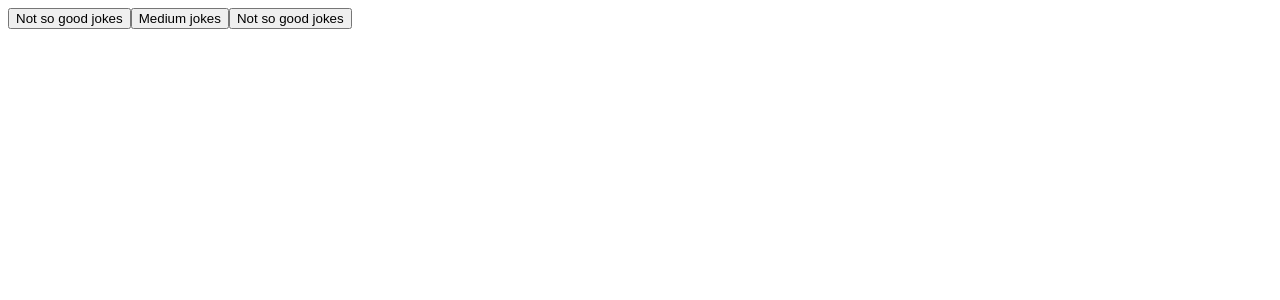
Repository: SerbanLuca/ChuckNorrisJokes-app
Page: /
The author's editor kept a copy of each file at every save. The page is drawn from the files as they stood at one save, then again after the next save.
The browser window is 1280 px wide. The pictures show the whole page.
The project was rebuilt for these pictures with package versions that can differ from the ones it lists, and the page was loaded fresh each time. Also part of the build but not shown: src/App.css, src/Button.js.

Above is the page before, as saved 2021-04-07 11:22:30.

### src/App.js
import './App.css';
import React, {useState} from 'react';
import Button from './Button';

const LEVEL_JOKES = [
  {
    name: "no so good jokes"
  },
  {
    name: "medium jokes"
  },
  {
    name: "best jokes ever"
  }
]

function App() {

  const [levels, setLevels] = useState(LEVEL_JOKES);

  return (
    <>
      <button clasName="easy">Not so good jokes</button>
      <button clasName="medium">Medium jokes</button>
      <button clasName="hard">Not so good jokes</button>

    </>
  );
}

export default App;

Loaded but not shown: public/index.html (common file); src/index.js (common file)

After the next save:
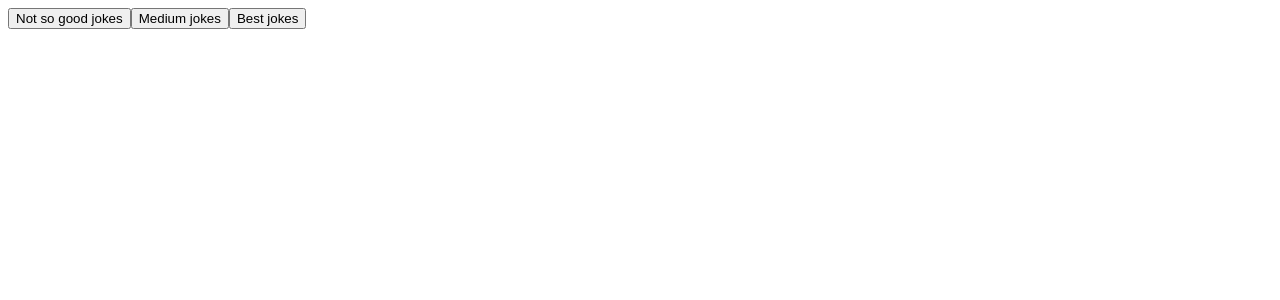
Saved 6 s later.
--- a/src/App.js
+++ b/src/App.js
@@ -22,7 +22,7 @@ function App() {
     <>
       <button clasName="easy">Not so good jokes</button>
       <button clasName="medium">Medium jokes</button>
-      <button clasName="hard">Not so good jokes</button>
+      <button clasName="hard">Best jokes</button>
 
     </>
   );
